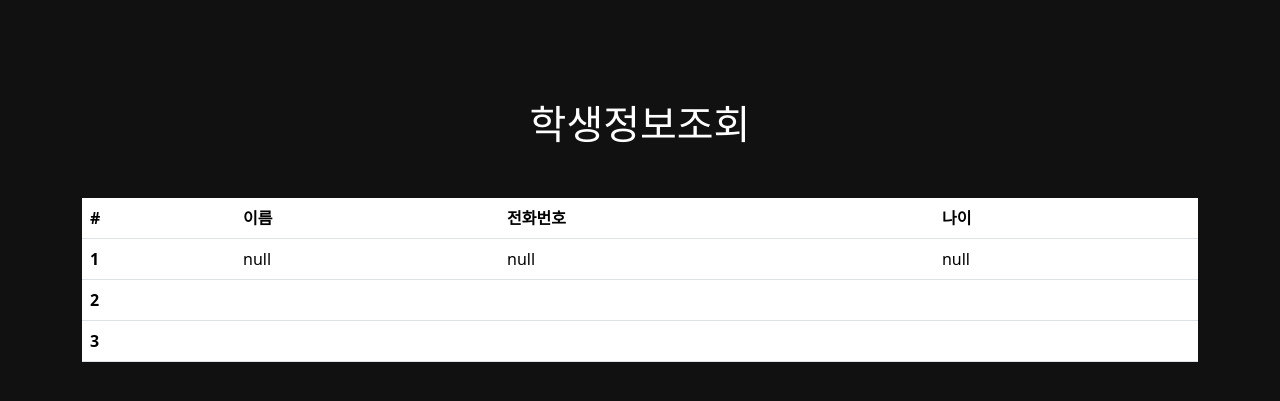
Repository: mi-ci/ai
Page: http://localhost/jsp01/ch06/student.jsp
These files come from the project's save history. The page is drawn as it stood at one moment and after the next save; the edit follows.
The browser window is 1280 px wide. The pictures show the whole page.
The page is served by Tomcat 9.

Above is the page before, as saved 2024-01-19 02:14:49.

After the next save:
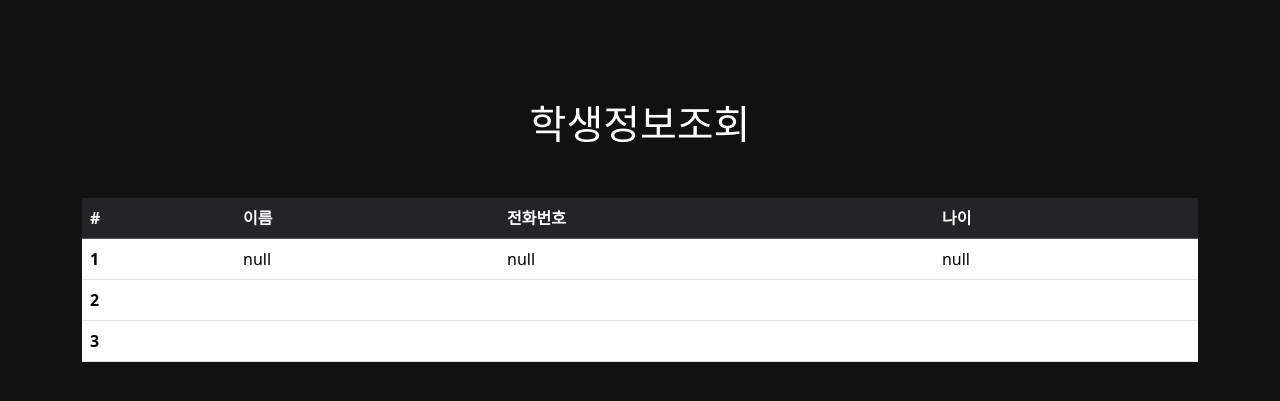
Saved 8 s later.
--- a/jsp01/src/main/webapp/ch06/student.jsp
+++ b/jsp01/src/main/webapp/ch06/student.jsp
@@ -37,7 +37,7 @@
 	<div class = "container">
 		<table class="table">
 		  <thead>
-		    <tr>
+		    <tr class = "table-dark">
 		      <th scope="col">#</th>
 		      <th scope="col">이름</th>
 		      <th scope="col">전화번호</th>
